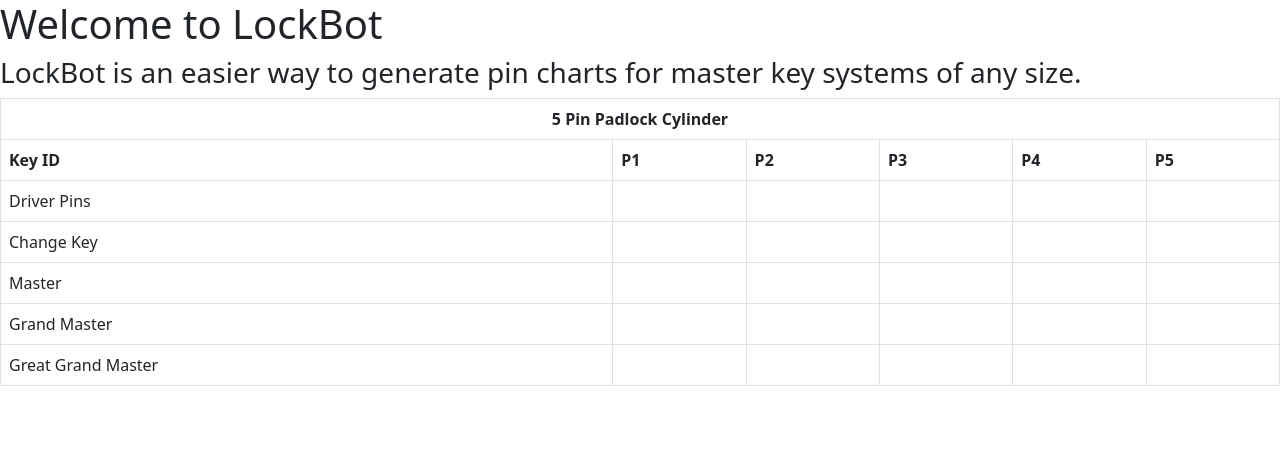
Repository: cobalt88/LockBot
Page: index.html
An editor plug-in stored every save of this project. The page is shown before and after the next save, followed by the edit.
The browser window is 1280 px wide. The pictures show the whole page.

Above is the page before, as saved 2022-03-23 19:43:48.

After the next save:
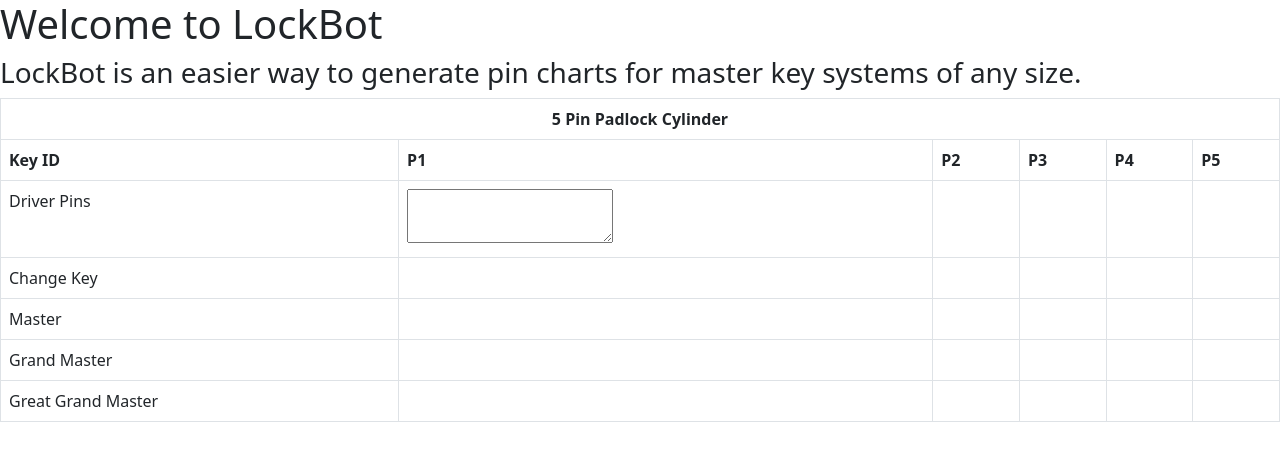
Saved 2 days later.
--- a/index.html
+++ b/index.html
@@ -52,7 +52,7 @@
           </tr>
           <tr>
             <td>Driver Pins</td>
-            <td></td>
+            <td><textarea></textarea></td>
             <td></td>
             <td></td>
             <td></td>
